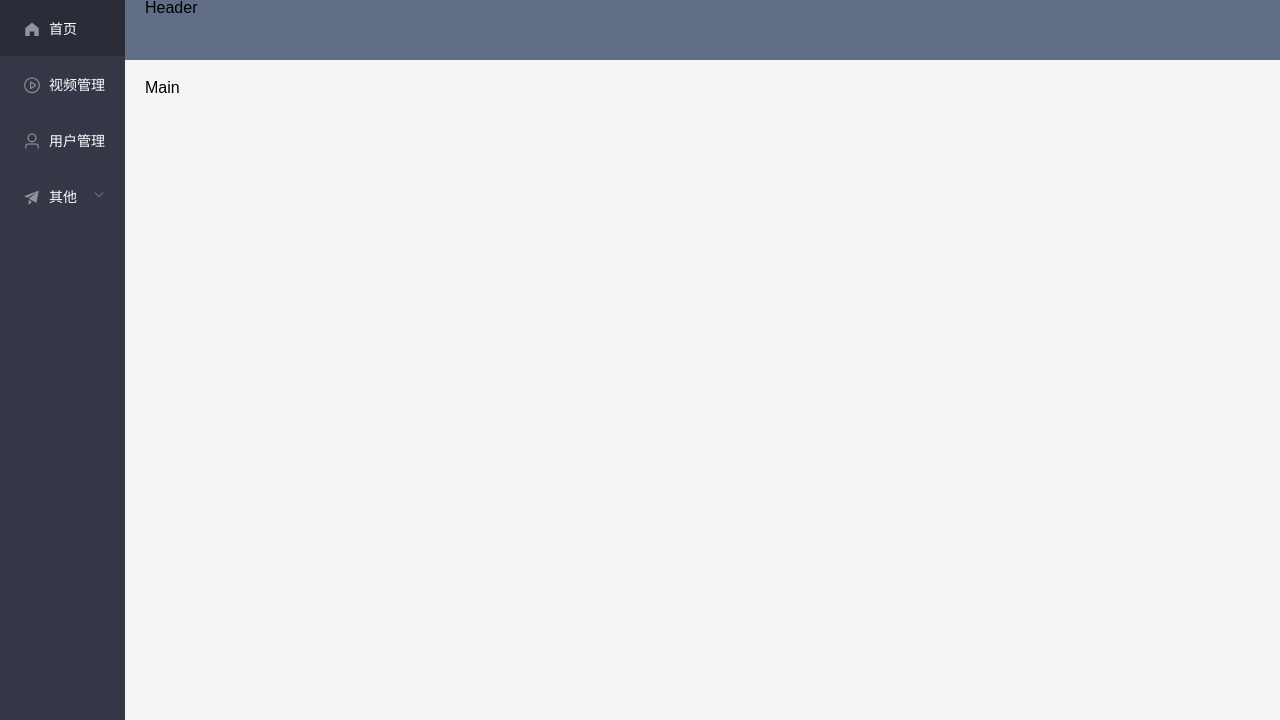
Repository: coWhy/vue-manage
Page: /
These files come from the project's save history. The page is drawn as it stood at one moment and after the next save; the edit follows.
The browser window is 1280 px wide. The pictures show the whole page.
The project was rebuilt for these pictures with package versions that can differ from the ones it lists, and the page was loaded fresh each time. Also part of the build but not shown: vue.config.js.

Above is the page before, as saved 2020-04-13 15:48:07.

### src/main.js
import Vue from 'vue'
import App from './App.vue'
import router from './router'
import store from './store'
import '@/assets/scss/reset.scss'
import ElementUI from 'element-ui'
import 'element-ui/lib/theme-chalk/index.css'
import '@/assets/font-awesome-4.7.0/css/font-awesome.css'
Vue.config.productionTip = false

console.log(
  `当前所处开发环境:【${process.env.NODE_ENV}】| 路由为: 【${process.env.VUE_APP_URL}】`
)
Vue.use(ElementUI)
new Vue({
  router,
  store,
  render: h => h(App)
}).$mount('#app')

### src/App.vue
<template>
  <div id="app">
    <router-view />
  </div>
</template>

<style lang="scss">
#app {
  // color: $theme-color;
  height: 100vh;
}
</style>

### src/router/index.js
import Vue from 'vue'
import VueRouter from 'vue-router'
//
const originalPush = VueRouter.prototype.push
VueRouter.prototype.push = function push(location) {
  return originalPush.call(this, location).catch(err => err)
}
Vue.use(VueRouter)

const routes = [
  {
    path: '/',
    component: () => import('@/views/layout/index')
  }
]

const router = new VueRouter({
  routes
})

export default router

### src/store/index.js
import Vue from 'vue'
import Vuex from 'vuex'
import tag from './modules/tag'
Vue.use(Vuex)

export default new Vuex.Store({
  state: {},
  mutations: {},
  actions: {},
  modules: {
    tag
  }
})

### src/assets/scss/_variable.scss
// 全局配置样式 修改主题颜色
$theme-color: #33aef0;

### src/views/layout/index.vue
<template>
  <el-container class="container">
    <!-- 左侧菜单栏 -->
    <el-aside width="auto">
      <common-aside></common-aside>
    </el-aside>
    <el-container>
      <!-- 头部 -->
      <el-header class="header">
        <common-header></common-header>
      </el-header>
      <!-- Tab标签 -->
      <!-- <common-tab class="tab"></common-tab> -->
      <!-- 主体 -->
      <el-main>
        Main
        <!-- <router-view></router-view> -->
      </el-main>
    </el-container>
  </el-container>
</template>

<script>
import CommonAside from './components/aside/index'
import CommonHeader from './components/header/index'
export default {
  components: {
    CommonAside,
    CommonHeader
  }
}
</script>

<style lang="scss" scoped>
.container {
  height: 100%;
}
.header {
  background-color: #626e85; // 头部背景色
  width: 100%;
}
.main {
  padding-top: 0;
}
</style>

### src/store/modules/tag.js
export default {
  state: {},
  mutations: {},
  actions: {},
  modules: {}
}

### src/views/layout/components/aside/index.vue
<template>
  <el-menu
    default-active="2"
    class="el-menu-vertical-demo"
    :background-color="asideSetting.bgColor"
    :text-color="asideSetting.texteColor"
    :active-text-color="asideSetting.activeTextColor"
  >
    <!-- 这是没有子级菜单的
    handleClickMenu(item) 将选中的菜单元素存入store中的menu 用于tab使用
    由于 分两种情况 所以 下面两种 都需要加上handleClickMenu 事件
    -->
    <!-- noChildrenList -->
    <el-menu-item
      :index="item.name"
      v-for="(item, index) in noChildrenList"
      :key="index"
    >
      <i :class="item.icon"></i>
      <span slot="title">{{ item.label }}</span>
    </el-menu-item>
    <!-- hasChildrenList -->
    <el-submenu
      :index="item.name"
      v-for="(item, index) in hasChildrenList"
      :key="index"
    >
      <template slot="title">
        <i :class="item.icon"></i>
        <span>{{ item.label }}</span>
      </template>
      <el-menu-item-group v-for="(subItem, subIndex) in item" :key="subIndex">
        <template slot="title">{{ subItem.label }}</template>
        <el-menu-item index="1-1">选项1</el-menu-item>
        <el-menu-item index="1-2">选项2</el-menu-item>
      </el-menu-item-group>
    </el-submenu>
  </el-menu>
</template>

<script>
export default {
  computed: {
    noChildrenList() {
      // asideMenuList 没有 子级菜单
      return this.asideMenuList.filter(item => !item.children)
    },
    hasChildrenList() {
      // asideMenuList 有 子级菜单
      return this.asideMenuList.filter(item => item.children)
    }
  },
  data() {
    return {
      asideSetting: {
        bgColor: '#343746', // 侧边栏背景颜色
        activeTextColor: '#02aeff', // 选中字体的颜色
        texteColor: '#fff' // 默认字体颜色
      },
      //侧边栏菜单列表
      asideMenuList: [
        {
          path: '/',
          name: 'home',
          label: '首页',
          icon: 'el-icon-s-home'
        },
        {
          path: '/video',
          name: 'video',
          label: '视频管理',
          icon: 'el-icon-video-play'
        },
        {
          path: '/user',
          name: 'user',
          label: '用户管理',
          icon: 'el-icon-user'
        },
        {
          label: '其他',
          icon: 'el-icon-s-promotion',
          children: [
            {
              path: '/page1',
              name: 'page1',
              label: '页面1',
              icon: 'el-icon-setting'
            },
            {
              path: '/page2',
              name: 'page2',
              label: '页面2',
              icon: 'el-icon-setting'
            }
          ]
        }
      ]
    }
  }
}
</script>

<style lang="scss" scoped>
.el-menu {
  // 菜单占满容器
  height: 100%;
  border: none;
}
</style>

### src/views/layout/components/header/index.vue
<template>
  <div>
    Header
  </div>
</template>

<script>
export default {}
</script>

<style lang="scss" scoped></style>

Loaded but not shown: public/index.html (common file); src/assets/scss/reset.scss (common file); src/assets/font-awesome-4.7.0/css/font-awesome.css (library)

After the next save:
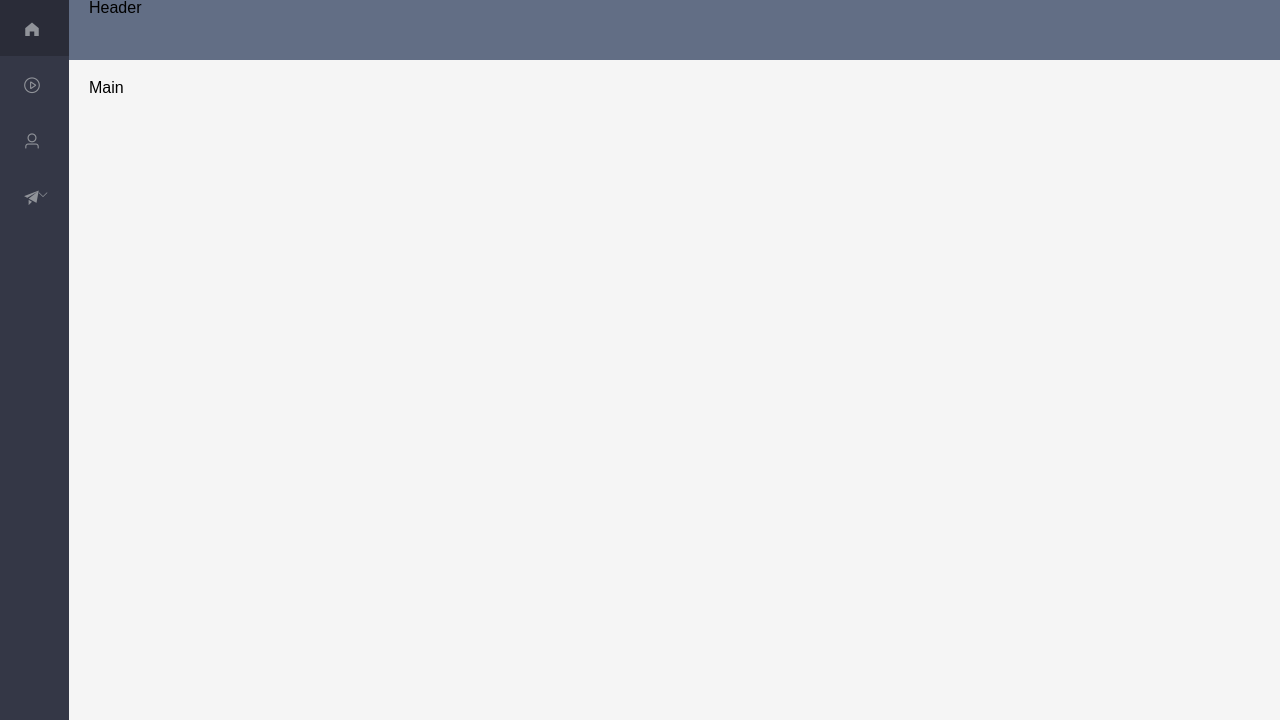
Saved 118 s later.
--- a/src/views/layout/components/aside/index.vue
+++ b/src/views/layout/components/aside/index.vue
@@ -62,35 +62,35 @@ export default {
         {
           path: '/',
           name: 'home',
-          label: '首页',
+          title: '首页',
           icon: 'el-icon-s-home'
         },
         {
           path: '/video',
           name: 'video',
-          label: '视频管理',
+          title: '视频管理',
           icon: 'el-icon-video-play'
         },
         {
           path: '/user',
           name: 'user',
-          label: '用户管理',
+          title: '用户管理',
           icon: 'el-icon-user'
         },
         {
-          label: '其他',
+          title: '其他',
           icon: 'el-icon-s-promotion',
           children: [
             {
               path: '/page1',
               name: 'page1',
-              label: '页面1',
+              title: '页面1',
               icon: 'el-icon-setting'
             },
             {
               path: '/page2',
               name: 'page2',
-              label: '页面2',
+              title: '页面2',
               icon: 'el-icon-setting'
             }
           ]

After the save that followed:
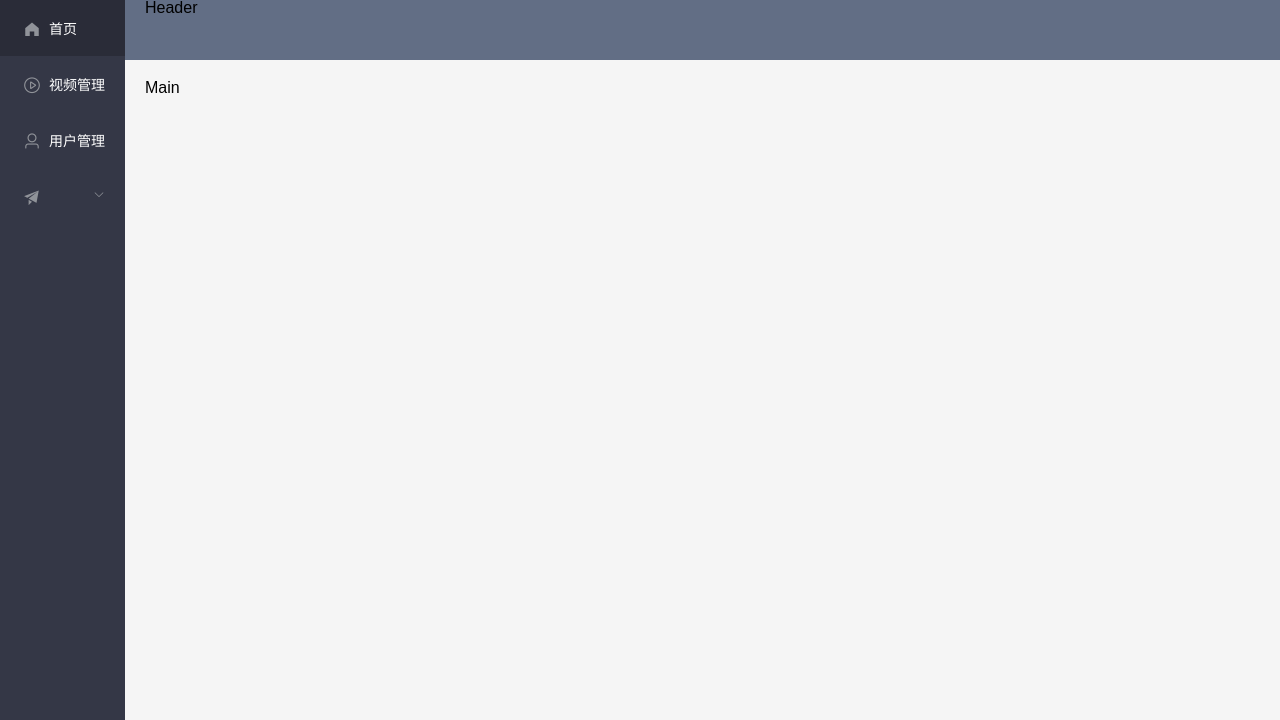
Saved 10 s later.
--- a/src/views/layout/components/aside/index.vue
+++ b/src/views/layout/components/aside/index.vue
@@ -17,7 +17,7 @@
       :key="index"
     >
       <i :class="item.icon"></i>
-      <span slot="title">{{ item.label }}</span>
+      <span slot="title">{{ item.title }}</span>
     </el-menu-item>
     <!-- hasChildrenList -->
     <el-submenu
